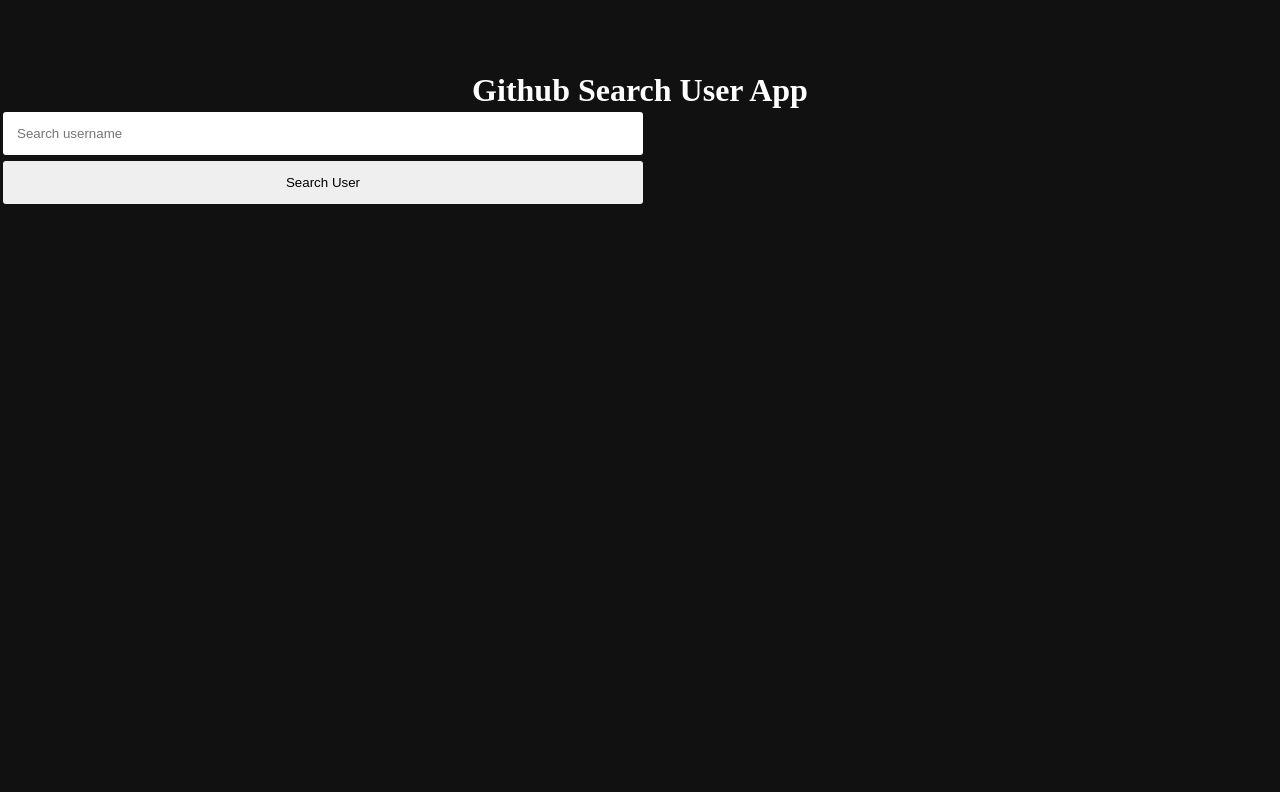
Repository: solox-cyber/Github-search-user
Page: index.html
An editor plug-in stored every save of this project. The page is shown before and after the next save, followed by the edit.
The browser window is 1280 px wide. The pictures show the whole page.

Above is the page before, as saved 2023-03-25 18:26:57.

### index.html
<!DOCTYPE html>
<html lang="en">

<head>
    <meta charset="UTF-8">
    <meta http-equiv="X-UA-Compatible" content="IE=edge">
    <meta name="viewport" content="width=device-width, initial-scale=1.0">
    <title>Github Search User Using Github API</title>
    <link rel="stylesheet" href="style.css">
</head>

<body>
    <div class="container">
        <h1>
            Github Search User App
        </h1>
        <form id="myForm" autocomplete="off">
            <div class="form-group">
                <input type="text" name="" class="form-control" placeholder="Search username" id="search" required>
            </div>
            <div class="form-group">
                <button class="btn btn-danger btn-block">
                    Search User
                </button>
            </div>
        </form>

    <div id="result"></div>
    </div>


        <script src="script.js"></script>
</body>

</html>

### style.css
*{
    margin: 0;
    padding: 0;
    box-sizing: border-box;
}

body{
    background-color: #111;
    color: #fff;
}
.container{
    position: absolute;
    display: block;
    height: 100vh;
    width: 100%;
    top:10%;
}

.container h1{
    position: relative;
    text-align: center;
}

.container form{
    position: relative;
    width: 50%;
    justify-content: center;
    align-content: center;
    align-items: center;
}

input,
    button {
      width: 100%;
      border: none;
      padding: 14px;
      border-radius: 3px;
      margin: 3px;
    }

### script.js
var form = document.getElementById("myForm");

form.addEventListener('submit', function(e){
e.preventDefault();

var search = document.getElementById("search").value;

var originalName = search.split(' ').join(' ');

document.getElementById("result").innerHTML = "";
fetch("https://api.github.com/users/"+originalName)
.then(result=>result.json())
.then(data => {
    console.log(data);
    document.getElementById('result').innerHTML =`
   <a target="_blank" href="https://www.github.com/${originalName}"> <img src="${data.avatar_url}"/></a>
    `
})



})

After the next save:
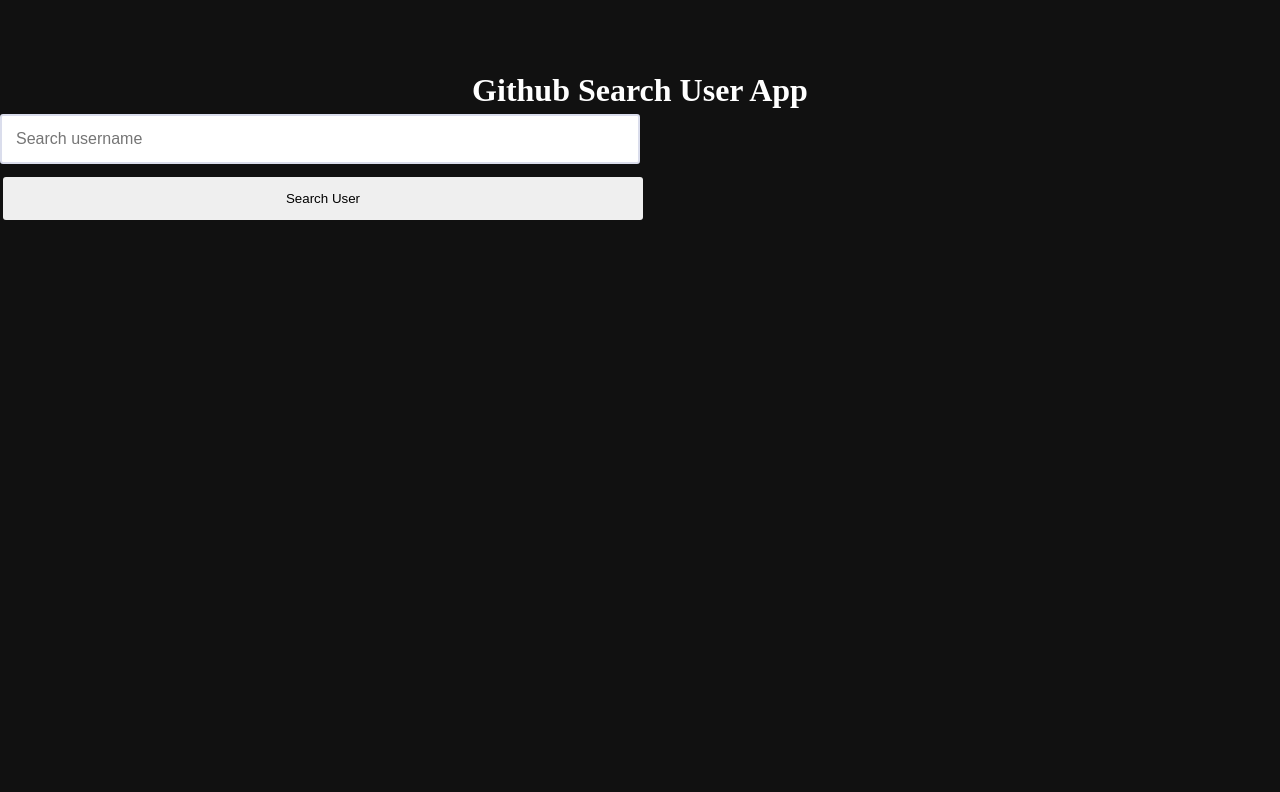
Saved 21 s later.
--- a/style.css
+++ b/style.css
@@ -37,3 +37,10 @@
       border-radius: 3px;
       margin: 3px;
     }
+
+    input {
+        border: 2px solid #DADDEC;
+        margin: 5px 0 10px;
+        font-size: 1rem;
+        color: #656880;
+      }
